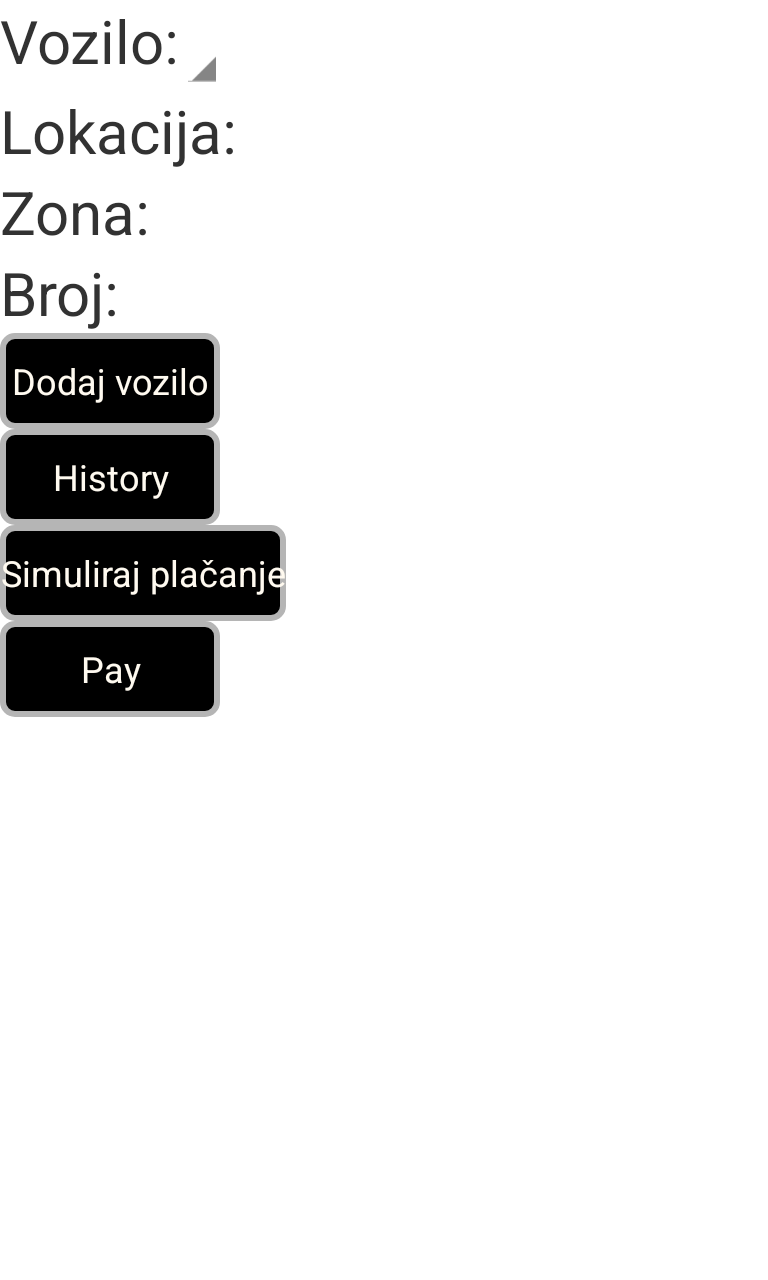
Repository: Kondorcom/GPS_parking
Layout: GPSParking/res/layout/activity_main.xml
The author's editor kept a copy of each file at every save. The layout is drawn from the files as they stood at one save, then again after the next save.
It is drawn on a 768 x 1280 px phone screen (xhdpi) without system bars, with theme AppTheme; the app's code is not run. The app's manifest (not shown) leaves right-to-left support off. So textAlignment, textDirection and layoutDirection are ignored, and left and right values win over start and end ones.

Above is the layout before, as saved 2016-05-16 11:00:45.

After the next save:
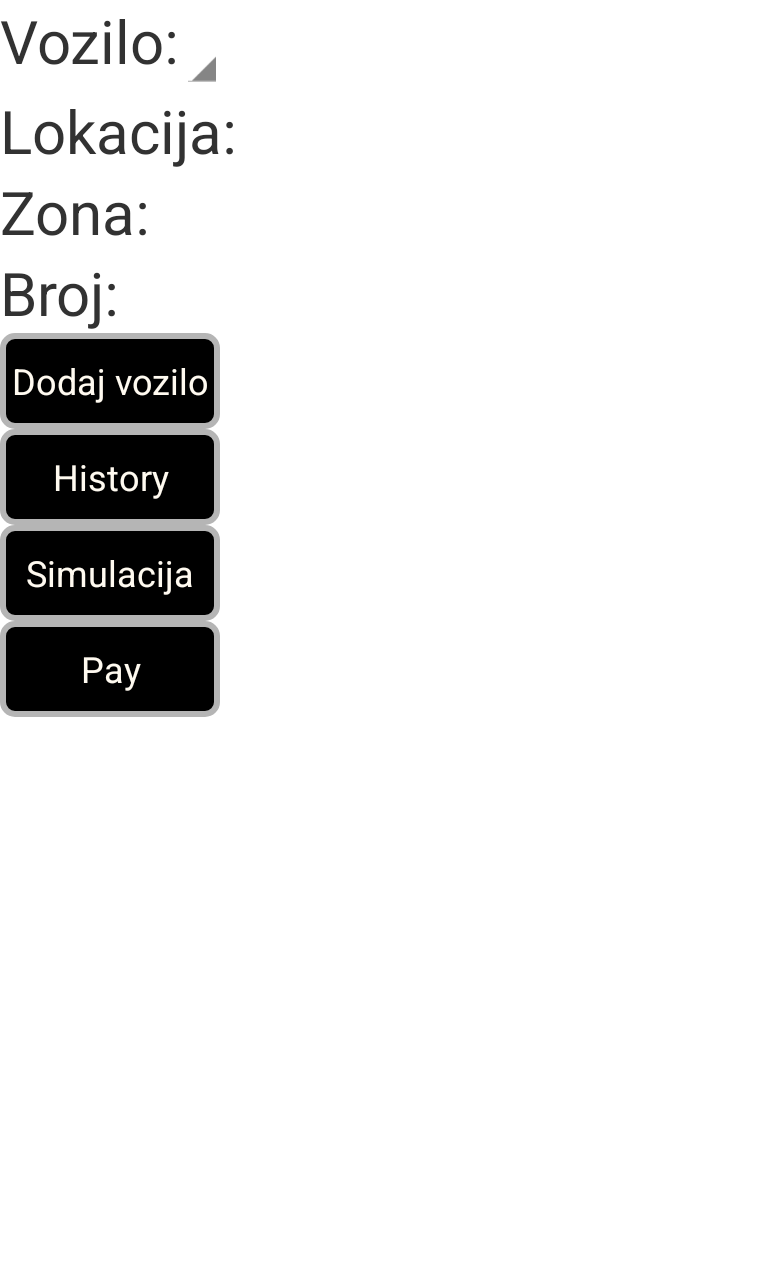
Saved 38 s later.
--- a/GPSParking/res/values/strings.xml
+++ b/GPSParking/res/values/strings.xml
@@ -10,7 +10,7 @@
     <string name="addTablica">Registracija</string>
     <string name="addVozilo2">Dodaj vozilo</string>
     <string name="history">History</string>
-    <string name="update">Simuliraj plačanje</string>
+    <string name="update">Simulacija</string>
     <string name="pay">Pay</string>
     <string name="zona">Zona:</string>
     <string name="broj">Broj:</string>
